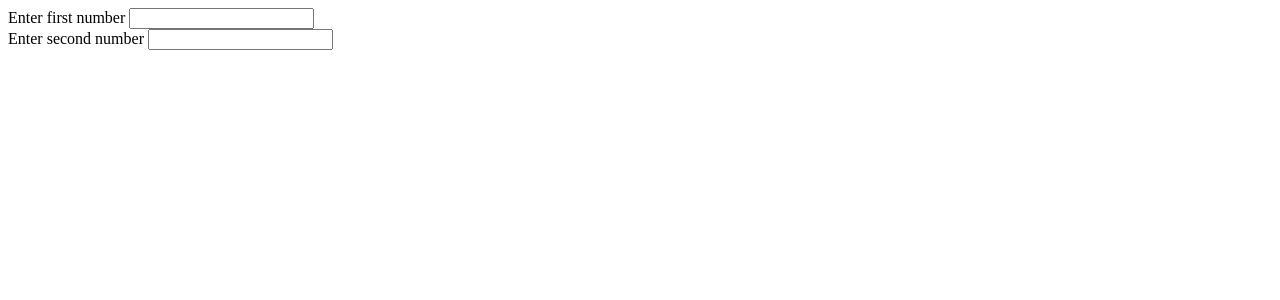
Repository: ramrandhi/Servlets-and-Jsp
Page: DemoApp/src/main/webapp/index.html
An editor plug-in stored every save of this project. The page is shown before and after the next save, followed by the edit.
The browser window is 1280 px wide. The pictures show the whole page.

Above is the page before, as saved 2024-10-29 03:45:44.

### DemoApp/src/main/webapp/index.html
<!DOCTYPE html>
<html>
<head>
<meta charset="UTF-8">
<title>Index page or starting Page</title>
</head>
<body>
	<form action="">
	Enter first number <input type="text" name="num1"><br>
	Enter second number <input type="text" name="num2"><br>
	</form>
</body>
</html>

After the next save:
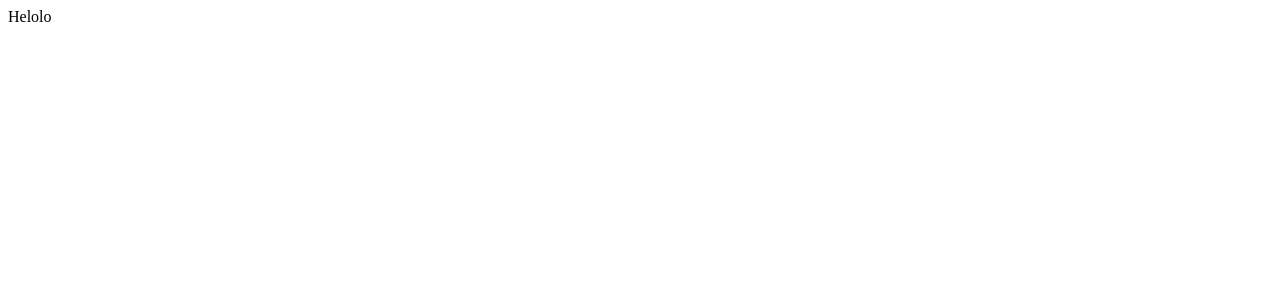
Saved 52 s later.
--- a/DemoApp/src/main/webapp/index.html
+++ b/DemoApp/src/main/webapp/index.html
@@ -5,9 +5,6 @@
 <title>Index page or starting Page</title>
 </head>
 <body>
-	<form action="">
-	Enter first number <input type="text" name="num1"><br>
-	Enter second number <input type="text" name="num2"><br>
-	</form>
+	Helolo
 </body>
 </html>

After the save that followed:
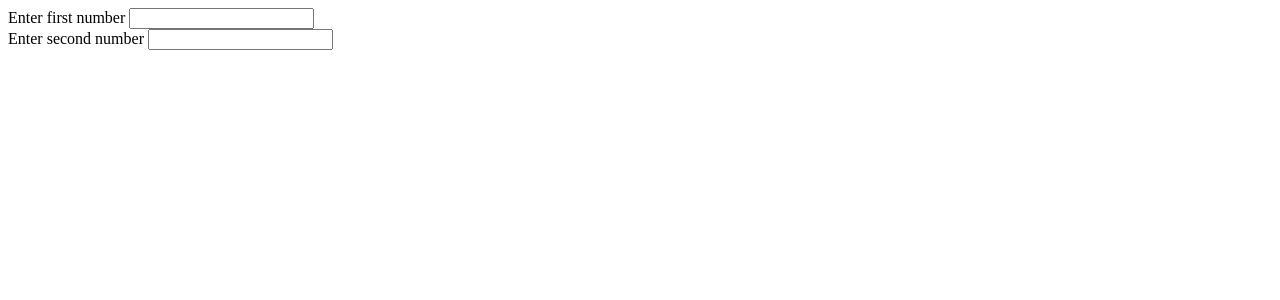
Saved 101 s later.
--- a/DemoApp/src/main/webapp/index.html
+++ b/DemoApp/src/main/webapp/index.html
@@ -5,6 +5,9 @@
 <title>Index page or starting Page</title>
 </head>
 <body>
-	Helolo
+	<form action="">
+	Enter first number <input type="text" name="num1"><br>
+	Enter second number <input type="text" name="num2"><br>
+	</form>
 </body>
 </html>
